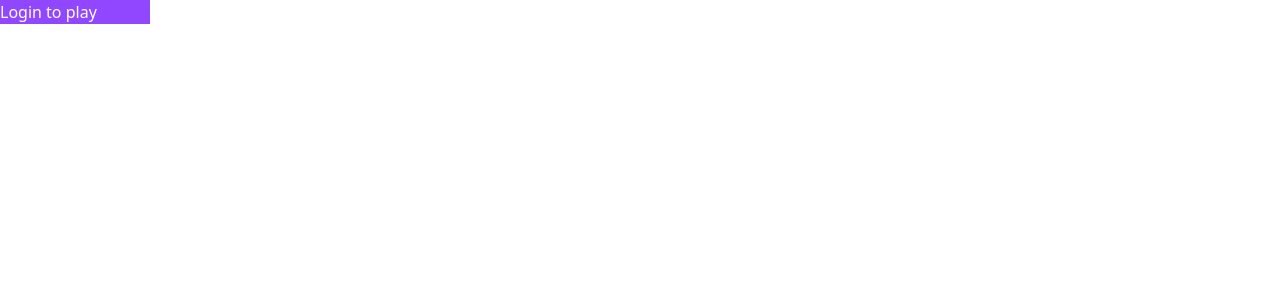
Repository: Teddy1705/demo_pj
Page: /
An editor plug-in stored every save of this project. The page is shown before and after the next save, followed by the edit.
The browser window is 1280 px wide. The pictures show the whole page.
The project was rebuilt for these pictures with package versions that can differ from the ones it lists, and the page was loaded fresh each time. Also part of the build but not shown: vite.config.js.

Above is the page before, as saved 2024-04-27 00:18:45.

### index.html
<!DOCTYPE html>
<html lang="en">
  <head>
    <meta charset="UTF-8" />
    <link rel="icon" type="image/svg+xml" href="/vite.svg" />
    <meta name="viewport" content="width=device-width, initial-scale=1.0" />
    <title>Tic Tac Toe</title>
    <link rel="stylesheet" href="./src/index.css" />
    <link
      rel="stylesheet"
      href="./src/assets/themify-icons/themify-icons.css"
    />
  </head>
  <body>
    <div id="root"></div>
    <script type="module" src="/src/main.jsx"></script>
  </body>
</html>

### src/index.css
:root {
  --white-color: #fff;
  --black-color: #000;
}

/*
1. Prevent padding and border from affecting element width. (https://github.com/mozdevs/cssremedy/issues/4)
2. Allow adding a border to an element by just adding a border-width. (https://github.com/tailwindcss/tailwindcss/pull/116)
*/

*,
::before,
::after {
  box-sizing: border-box;
  /* 1 */
  border-width: 0;
  /* 2 */
  border-style: solid;
  /* 2 */
  border-color: #e5e7eb;
  /* 2 */
}

::before,
::after {
  --tw-content: "";
}

/*
1. Use a consistent sensible line-height in all browsers.
2. Prevent adjustments of font size after orientation changes in iOS.
3. Use a more readable tab size.
4. Use the user's configured `sans` font-family by default.
5. Use the user's configured `sans` font-feature-settings by default.
6. Use the user's configured `sans` font-variation-settings by default.
7. Disable tap highlights on iOS
*/

html,
:host {
  line-height: 1.5;
  /* 1 */
  -webkit-text-size-adjust: 100%;
  /* 2 */
  -moz-tab-size: 4;
  /* 3 */
  -o-tab-size: 4;
  tab-size: 4;
  /* 3 */
  font-family: ui-sans-serif, system-ui, sans-serif, "Apple Color Emoji",
    "Segoe UI Emoji", "Segoe UI Symbol", "Noto Color Emoji";
  /* 4 */
  font-feature-settings: normal;
  /* 5 */
  font-variation-settings: normal;
  /* 6 */
  -webkit-tap-highlight-color: transparent;
  /* 7 */
}

/*
1. Remove the margin in all browsers.
2. Inherit line-height from `html` so users can set them as a class directly on the `html` element.
*/

body {
  margin: 0;
  /* 1 */
  line-height: inherit;
  /* 2 */
}

/*
1. Add the correct height in Firefox.
2. Correct the inheritance of border color in Firefox. (https://bugzilla.mozilla.org/show_bug.cgi?id=190655)
3. Ensure horizontal rules are visible by default.
*/

hr {
  height: 0;
  /* 1 */
  color: inherit;
  /* 2 */
  border-top-width: 1px;
  /* 3 */
}

/*
Add the correct text decoration in Chrome, Edge, and Safari.
*/

abbr:where([title]) {
  -webkit-text-decoration: underline dotted;
  text-decoration: underline dotted;
}

/*
Remove the default font size and weight for headings.
*/

h1,
h2,
h3,
h4,
h5,
h6 {
  font-size: inherit;
  font-weight: inherit;
}

/*
Reset links to optimize for opt-in styling instead of opt-out.
*/

a {
  color: inherit;
  text-decoration: inherit;
}

/*
Add the correct font weight in Edge and Safari.
*/

b,
strong {
  font-weight: bolder;
}

/*
1. Use the user's configured `mono` font-family by default.
2. Use the user's configured `mono` font-feature-settings by default.
3. Use the user's configured `mono` font-variation-settings by default.
4. Correct the odd `em` font sizing in all browsers.
*/

code,
kbd,
samp,
pre {
  font-family: ui-monospace, SFMono-Regular, Menlo, Monaco, Consolas,
    "Liberation Mono", "Courier New", monospace;
  /* 1 */
  font-feature-settings: normal;
  /* 2 */
  font-variation-settings: normal;
  /* 3 */
  font-size: 1em;
  /* 4 */
}

/*
Add the correct font size in all browsers.
*/

small {
  font-size: 80%;
}

/*
Prevent `sub` and `sup` elements from affecting the line height in all browsers.
*/

sub,
sup {
  font-size: 75%;
  line-height: 0;
  position: relative;
  vertical-align: baseline;
}

sub {
  bottom: -0.25em;
}

sup {
  top: -0.5em;
}

/*
1. Remove text indentation from table contents in Chrome and Safari. (https://bugs.chromium.org/p/chromium/issues/detail?id=999088, https://bugs.webkit.org/show_bug.cgi?id=201297)
2. Correct table border color inheritance in all Chrome and Safari. (https://bugs.chromium.org/p/chromium/issues/detail?id=935729, https://bugs.webkit.org/show_bug.cgi?id=195016)
3. Remove gaps between table borders by default.
*/

table {
  text-indent: 0;
  /* 1 */
  border-color: inherit;
  /* 2 */
  border-collapse: collapse;
  /* 3 */
}

/*
1. Change the font styles in all browsers.
2. Remove the margin in Firefox and Safari.
3. Remove default padding in all browsers.
*/

button,
input,
optgroup,
select,
textarea {
  font-family: inherit;
  /* 1 */
  font-feature-settings: inherit;
  /* 1 */
  font-variation-settings: inherit;
  /* 1 */
  font-size: 100%;
  /* 1 */
  font-weight: inherit;
  /* 1 */
  line-height: inherit;
  /* 1 */
  letter-spacing: inherit;
  /* 1 */
  color: inherit;
  /* 1 */
  margin: 0;
  /* 2 */
  padding: 0;
  /* 3 */
}

/*
Remove the inheritance of text transform in Edge and Firefox.
*/

button,
select {
  text-transform: none;
}

/*
1. Correct the inability to style clickable types in iOS and Safari.
2. Remove default button styles.
*/

button,
input:where([type="button"]),
input:where([type="reset"]),
input:where([type="submit"]) {
  -webkit-appearance: button;
  /* 1 */
  background-color: transparent;
  /* 2 */
  background-image: none;
  /* 2 */
}

/*
Use the modern Firefox focus style for all focusable elements.
*/

:-moz-focusring {
  outline: auto;
}

/*
Remove the additional `:invalid` styles in Firefox. (https://github.com/mozilla/gecko-dev/blob/2f9eacd9d3d995c937b4251a5557d95d494c9be1/layout/style/res/forms.css#L728-L737)
*/

:-moz-ui-invalid {
  box-shadow: none;
}

/*
Add the correct vertical alignment in Chrome and Firefox.
*/

progress {
  vertical-align: baseline;
}

/*
Correct the cursor style of increment and decrement buttons in Safari.
*/

::-webkit-inner-spin-button,
::-webkit-outer-spin-button {
  height: auto;
}

/*
1. Correct the odd appearance in Chrome and Safari.
2. Correct the outline style in Safari.
*/

[type="search"] {
  -webkit-appearance: textfield;
  /* 1 */
  outline-offset: -2px;
  /* 2 */
}

/*
Remove the inner padding in Chrome and Safari on macOS.
*/

::-webkit-search-decoration {
  -webkit-appearance: none;
}

/*
1. Correct the inability to style clickable types in iOS and Safari.
2. Change font properties to `inherit` in Safari.
*/

::-webkit-file-upload-button {
  -webkit-appearance: button;
  /* 1 */
  font: inherit;
  /* 2 */
}

/*
Add the correct display in Chrome and Safari.
*/

summary {
  display: list-item;
}

/*
Removes the default spacing and border for appropriate elements.
*/

blockquote,
dl,
dd,
h1,
h2,
h3,
h4,
h5,
h6,
hr,
figure,
p,
pre {
  margin: 0;
}

fieldset {
  margin: 0;
  padding: 0;
}

legend {
  padding: 0;
}

ol,
ul,
menu {
  list-style: none;
  margin: 0;
  padding: 0;
}

/*
Reset default styling for dialogs.
*/

dialog {
  padding: 0;
}

/*
Prevent resizing textareas horizontally by default.
*/

textarea {
  resize: vertical;
}

/*
1. Reset the default placeholder opacity in Firefox. (https://github.com/tailwindlabs/tailwindcss/issues/3300)
2. Set the default placeholder color to the user's configured gray 400 color.
*/

input::-moz-placeholder,
textarea::-moz-placeholder {
  opacity: 1;
  /* 1 */
  color: #9ca3af;
  /* 2 */
}

input::placeholder,
textarea::placeholder {
  opacity: 1;
  /* 1 */
  color: #9ca3af;
  /* 2 */
}

/*
Set the default cursor for buttons.
*/

button,
[role="button"] {
  cursor: pointer;
}

/*
Make sure disabled buttons don't get the pointer cursor.
*/

:disabled {
  cursor: default;
}

/*
1. Make replaced elements `display: block` by default. (https://github.com/mozdevs/cssremedy/issues/14)
2. Add `vertical-align: middle` to align replaced elements more sensibly by default. (https://github.com/jensimmons/cssremedy/issues/14#issuecomment-634934210)
   This can trigger a poorly considered lint error in some tools but is included by design.
*/

img,
svg,
video,
canvas,
audio,
iframe,
embed,
object {
  display: block;
  /* 1 */
  vertical-align: middle;
  /* 2 */
}

/*
Constrain images and videos to the parent width and preserve their intrinsic aspect ratio. (https://github.com/mozdevs/cssremedy/issues/14)
*/

img,
video {
  max-width: 100%;
  height: auto;
}

/* Make elements with the HTML hidden attribute stay hidden by default */

[hidden] {
  display: none;
}

*,
::before,
::after {
  --tw-border-spacing-x: 0;
  --tw-border-spacing-y: 0;
  --tw-translate-x: 0;
  --tw-translate-y: 0;
  --tw-rotate: 0;
  --tw-skew-x: 0;
  --tw-skew-y: 0;
  --tw-scale-x: 1;
  --tw-scale-y: 1;
  --tw-pan-x: ;
  --tw-pan-y: ;
  --tw-pinch-zoom: ;
  --tw-scroll-snap-strictness: proximity;
  --tw-gradient-from-position: ;
  --tw-gradient-via-position: ;
  --tw-gradient-to-position: ;
  --tw-ordinal: ;
  --tw-slashed-zero: ;
  --tw-numeric-figure: ;
  --tw-numeric-spacing: ;
  --tw-numeric-fraction: ;
  --tw-ring-inset: ;
  --tw-ring-offset-width: 0px;
  --tw-ring-offset-color: #fff;
  --tw-ring-color: rgb(59 130 246 / 0.5);
  --tw-ring-offset-shadow: 0 0 #0000;
  --tw-ring-shadow: 0 0 #0000;
  --tw-shadow: 0 0 #0000;
  --tw-shadow-colored: 0 0 #0000;
  --tw-blur: ;
  --tw-brightness: ;
  --tw-contrast: ;
  --tw-grayscale: ;
  --tw-hue-rotate: ;
  --tw-invert: ;
  --tw-saturate: ;
  --tw-sepia: ;
  --tw-drop-shadow: ;
  --tw-backdrop-blur: ;
  --tw-backdrop-brightness: ;
  --tw-backdrop-contrast: ;
  --tw-backdrop-grayscale: ;
  --tw-backdrop-hue-rotate: ;
  --tw-backdrop-invert: ;
  --tw-backdrop-opacity: ;
  --tw-backdrop-saturate: ;
  --tw-backdrop-sepia: ;
  --tw-contain-size: ;
  --tw-contain-layout: ;
  --tw-contain-paint: ;
  --tw-contain-style: ;
}

::backdrop {
  --tw-border-spacing-x: 0;
  --tw-border-spacing-y: 0;
  --tw-translate-x: 0;
  --tw-translate-y: 0;
  --tw-rotate: 0;
  --tw-skew-x: 0;
  --tw-skew-y: 0;
  --tw-scale-x: 1;
  --tw-scale-y: 1;
  --tw-pan-x: ;
  --tw-pan-y: ;
  --tw-pinch-zoom: ;
  --tw-scroll-snap-strictness: proximity;
  --tw-gradient-from-position: ;
  --tw-gradient-via-position: ;
  --tw-gradient-to-position: ;
  --tw-ordinal: ;
  --tw-slashed-zero: ;
  --tw-numeric-figure: ;
  --tw-numeric-spacing: ;
  --tw-numeric-fraction: ;
  --tw-ring-inset: ;
  --tw-ring-offset-width: 0px;
  --tw-ring-offset-color: #fff;
  --tw-ring-color: rgb(59 130 246 / 0.5);
  --tw-ring-offset-shadow: 0 0 #0000;
  --tw-ring-shadow: 0 0 #0000;
  --tw-shadow: 0 0 #0000;
  --tw-shadow-colored: 0 0 #0000;
  --tw-blur: ;
  --tw-brightness: ;
  --tw-contrast: ;
  --tw-grayscale: ;
  --tw-hue-rotate: ;
  --tw-invert: ;
  --tw-saturate: ;
  --tw-sepia: ;
  --tw-drop-shadow: ;
  --tw-backdrop-blur: ;
  --tw-backdrop-brightness: ;
  --tw-backdrop-contrast: ;
  --tw-backdrop-grayscale: ;
  --tw-backdrop-hue-rotate: ;
  --tw-backdrop-invert: ;
  --tw-backdrop-opacity: ;
  --tw-backdrop-saturate: ;
  --tw-backdrop-sepia: ;
  --tw-contain-size: ;
  --tw-contain-layout: ;
  --tw-contain-paint: ;
  --tw-contain-style: ;
}

.login-interface {
  background-color: #9147ff;
  width: 150px;
}

.login-btn {
  color: #fff;
}

#modal {
  position: fixed;
  top: 0;
  right: 0;
  bottom: 0;
  left: 0;
  display: flex;
  align-items: center;
  justify-content: center;
  display: none;
}

#modal .modal__overlay {
  position: absolute;
  width: 100%;
  height: 100%;
  background-color: rgba(0, 0, 0, 0.3);
}

#modal .modal__body {
  position: relative;
  background-color: var(--white-color);
  margin: auto;
  width: 500px;
  min-height: 300px;
  padding: 16px;
  border-radius: 3px;
}

.auth-form__heading {
  font-size: 25px;
  font-weight: 700;
  text-align: center;
  margin: 20px 0;
}

.auth-form__close {
  position: absolute;
  top: 0;
  right: 0;
  font-size: 14px;
  padding: 18px 16px;
}

.auth-form__close:hover {
  background-color: #ccc;
  cursor: pointer;
}

.auth-form__info {
}

.auth-form__info-details {
}

.auth-form__label {
  display: block;
  font-size: 15px;
  font-weight: 500;
}

.auth-form__info-input {
  border: 1px solid #ccc;
  width: 100%;
  font-size: 15px;
  padding: 5px;
  margin: 5px 0 8px;
}

.auth-form__help {
  font-size: 13px;
  font-weight: 400;
  color: #9147ff;
  margin-bottom: 22px;
}

.auth-form__btn {
  width: 100%;
  background-color: #9147ff;
  color: #fff;
  font-size: 15px;
  font-weight: 500;
  padding: 5px;
  border-radius: 4px;
  margin-bottom: 50px;
}

### src/main.jsx
import React from "react";
import ReactDOM from "react-dom/client";
import App from "./App.jsx";
import { createBrowserRouter, RouterProvider } from "react-router-dom";
import Root from "./routes/root";
import "./index.css";

const router = createBrowserRouter([
  {
    path: "/",
    element: <Root />,
  },
]);

ReactDOM.createRoot(document.getElementById("root")).render(
  <React.StrictMode>
    <RouterProvider router={router} />
    <App />
  </React.StrictMode>
);

### src/routes/root.jsx
export default function Root() {
  return (
    <>
      <div className="login-interface">
        <button className="login-btn">Login to play</button>
      </div>
      <div id="modal">
        <div className="modal__overlay"></div>
        <div className="modal__body">
          <h1 className="auth-form__heading">Login</h1>
          <div className="auth-form__close">
            <i className="ti-close"></i>
          </div>
          <div className="auth-form__info">
            <div className="auth-form__info-details">
              <label htmlFor="" className="auth-form__label">
                Tên đăng nhập
              </label>
              <input
                type="text"
                className="auth-form__info-input"
                placeholder="Email/Số điện thoại"
              />
            </div>
            <div className="auth-form__info-details">
              <label htmlFor="" className="auth-form__label">
                Mật khẩu
              </label>
              <input
                type="password"
                className="auth-form__info-input"
                placeholder="Mật khẩu"
              />
            </div>
          </div>
          <div className="auth-form__help">Quên mật khẩu ?</div>
          <button className="auth-form__btn">
            <a
              href={`https://codesandbox.io/s/q2z497?file=%2Fsrc%2FApp.js&utm_medium=sandpack`}
              className=""
            >
              Đăng nhập
            </a>
          </button>
        </div>
      </div>
      <div id="detail"></div>
    </>
  );
}

Loaded but not shown: src/assets/themify-icons/themify-icons.css (common file); src/App.jsx (common file)

After the next save:
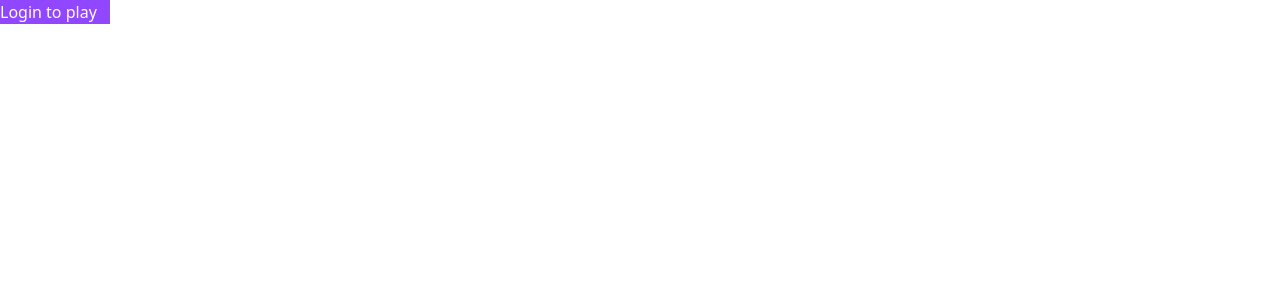
Saved 5 s later.
--- a/src/index.css
+++ b/src/index.css
@@ -562,7 +562,7 @@ video {
 
 .login-interface {
   background-color: #9147ff;
-  width: 150px;
+  width: 110px;
 }
 
 .login-btn {
